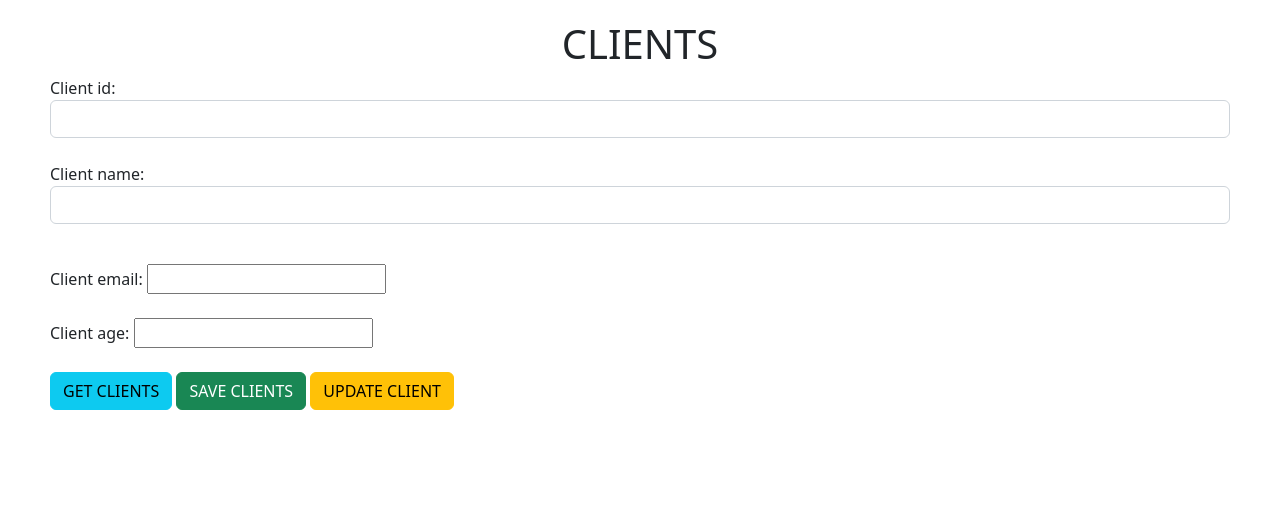
Repository: almendezl/MisionTIC
Page: index.html
An editor plug-in stored every save of this project. The page is shown before and after the next save, followed by the edit.
The browser window is 1280 px wide. The pictures show the whole page.

Above is the page before, as saved 2022-10-01 21:34:49.

After the next save:
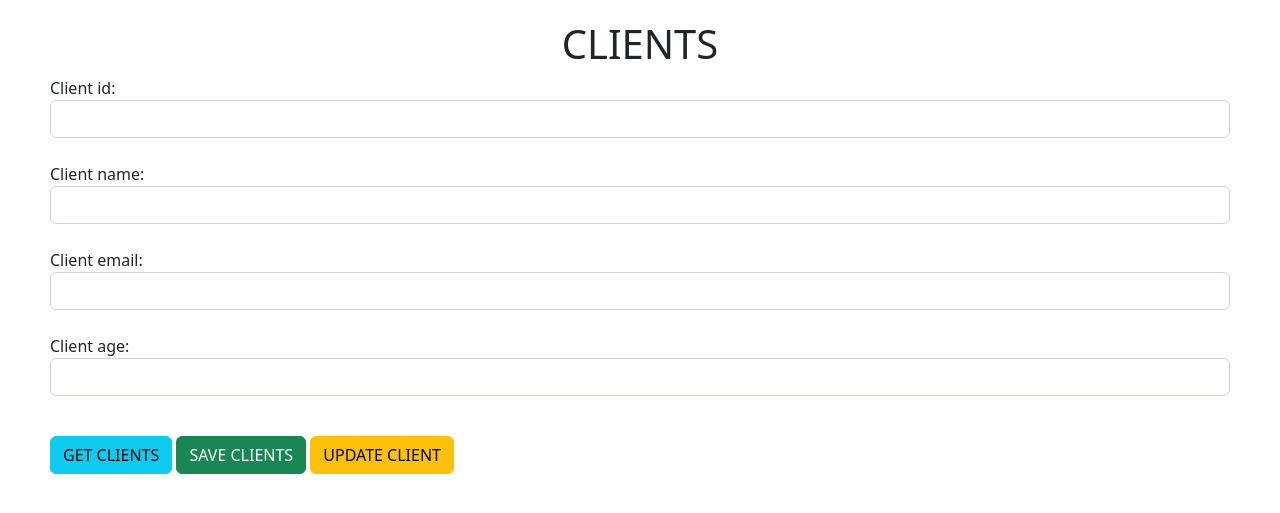
Saved 53 s later.
--- a/index.html
+++ b/index.html
@@ -26,13 +26,19 @@
             <input class="form-control" type="text" id="clientName"><br>
         </div>
 
+        <div class="form-group">
+            <label >Client email: </label>
+            <input class="form-control" type="text" id="clientEmail"><br>
+        </div>
+
+        <div class="form-group">
+            <label >Client age: </label>
+            <input class="form-control" type="number" id="clientAge"><br>
+        </div>
+
     </form>
 
 
-
-
-    Client email: <input type="text" id="clientEmail"><br><br>
-    Client age: <input type="number" id="clientAge"><br><br>
 
 
     <button class="btn btn-info" onclick="getClients()">GET CLIENTS</button>
